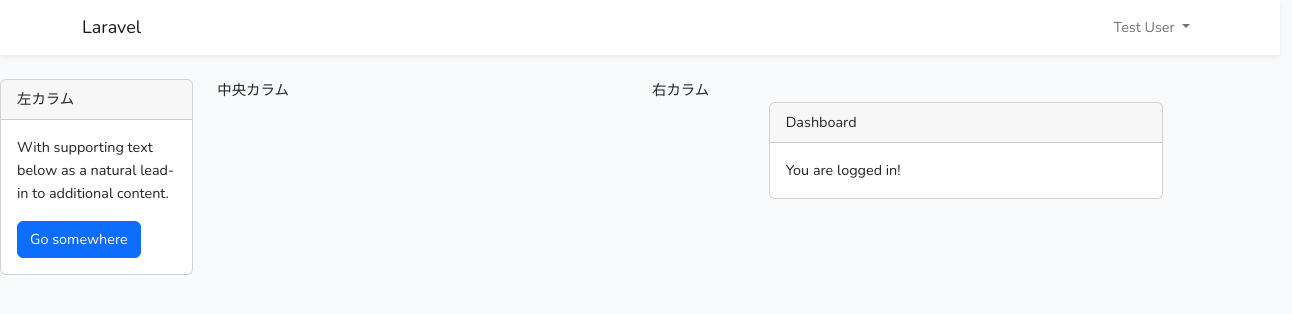
Repository: OkunoTaichi/laravel-simple-memo
Page: http://localhost/home
An editor plug-in stored every save of this project. The page is shown before and after the next save, followed by the edit.
The browser window is 1280 px wide. The page is 1292 px wide, so the pictures cover 1292 px, including what lies to the right of the window. The pictures show the whole page.
The page is served by the project's Laravel application, run on PHP 8.4 with Laravel 8. A made-up administrator, Test User (test@example.com), is signed in. Queries for data that is not in the repository find no rows.

Above is the page before, as saved 2022-11-09 18:42:34.

After the next save:
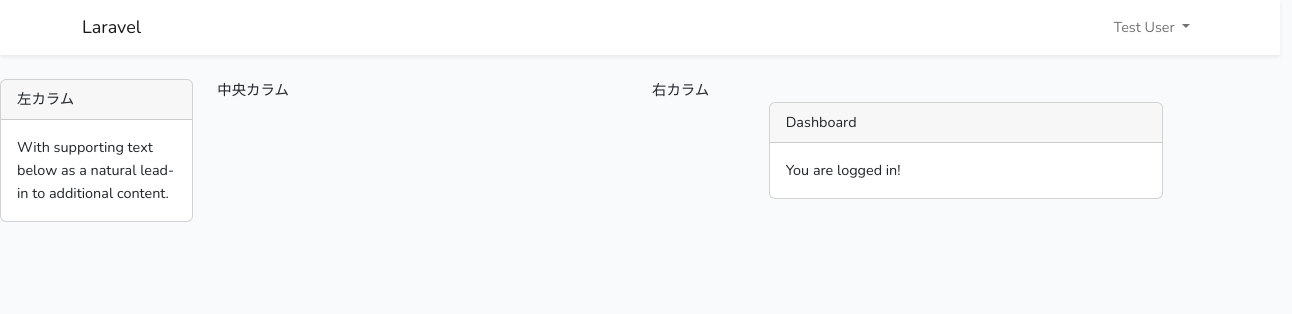
Saved 5 s later.
--- a/resources/views/layouts/app.blade.php
+++ b/resources/views/layouts/app.blade.php
@@ -85,7 +85,6 @@
                         </div>
                         <div class="card-body">
                             <p class="card-text">With supporting text below as a natural lead-in to additional content.</p>
-                            <a href="#" class="btn btn-primary">Go somewhere</a>
                         </div>
                     </div>
                 </div>
